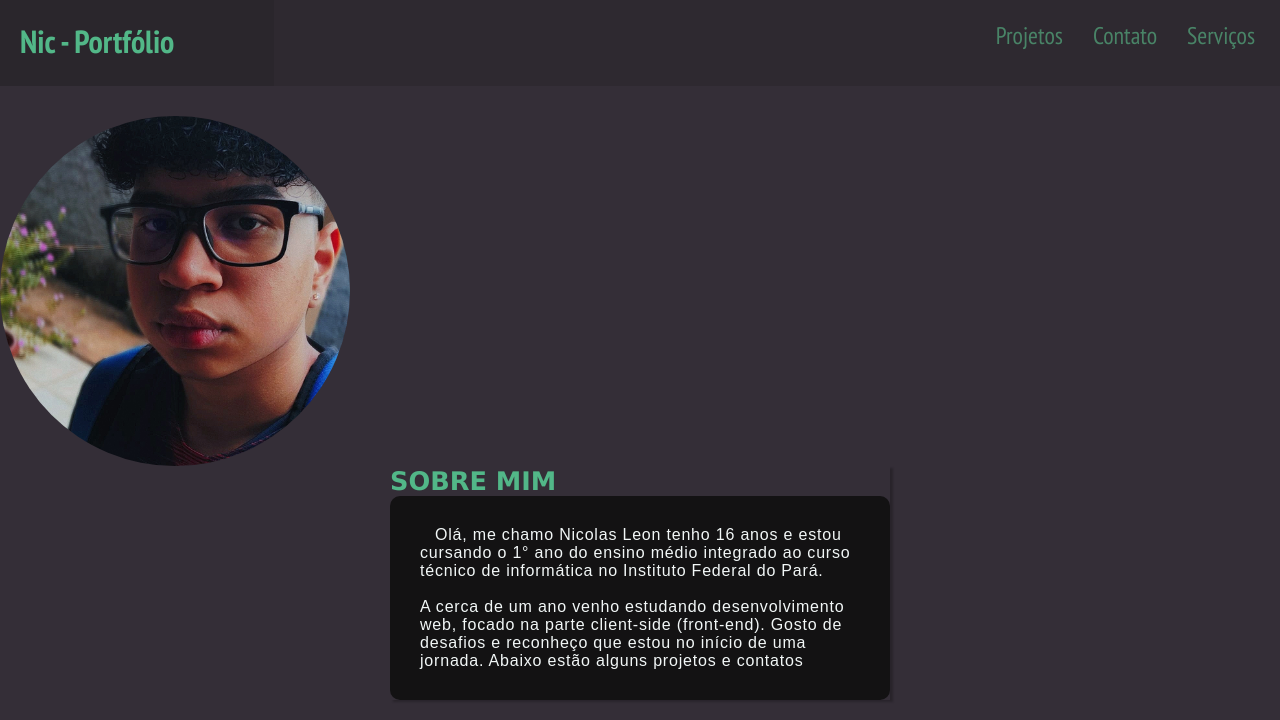
Repository: Leonngc/portfolio
Page: index.html
The author's editor kept a copy of each file at every save. The page is drawn from the files as they stood at one save, then again after a run of saves.
The browser window is 1280 px wide. The pictures show the whole page.

Above is the page before, as saved 2022-12-02 23:15:09.

After the next 2 saves:
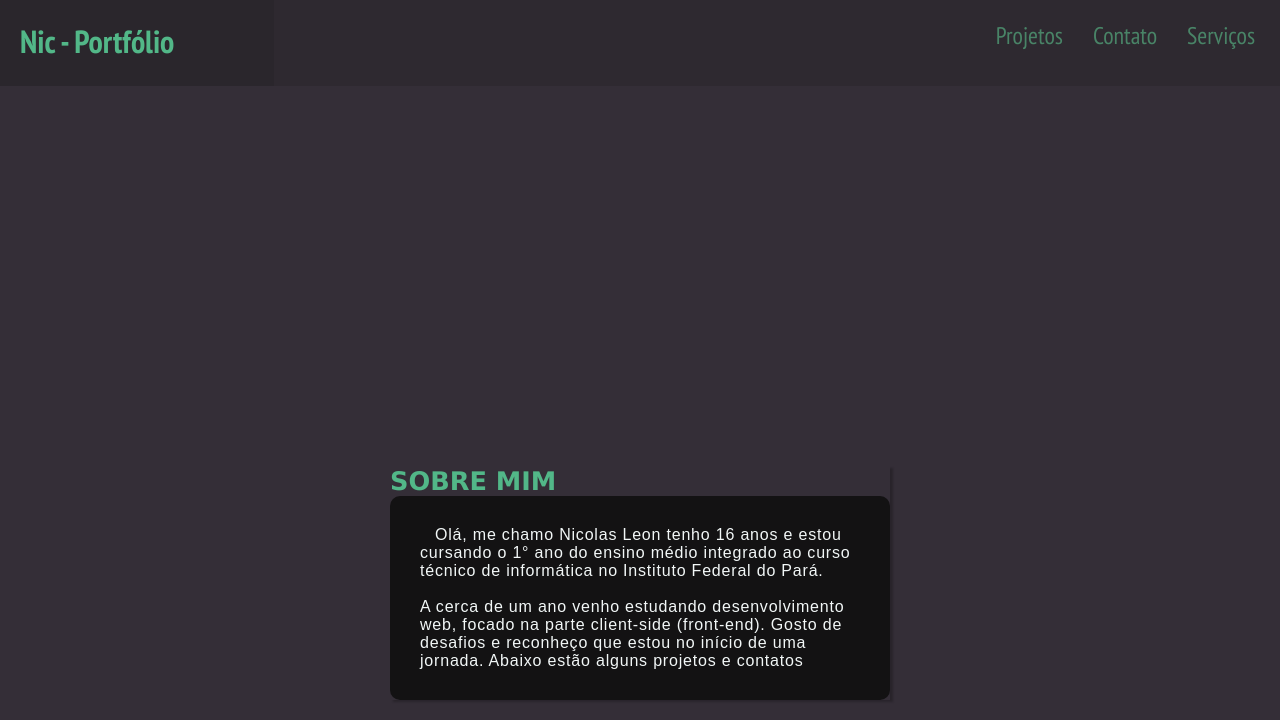
The 2 saves are shown as one change because they came seconds apart.
The last was saved 11 s later.
--- a/home.css
+++ b/home.css
@@ -68,7 +68,7 @@
     overflow: hidden;
     margin-top: 30px ;
     display: grid;
-    grid-row: 2/4;
+    grid-
     background-image: url(imgs/foto-perfil.webp);
     background-size: cover;
     background-repeat: no-repeat;

After the save that followed:
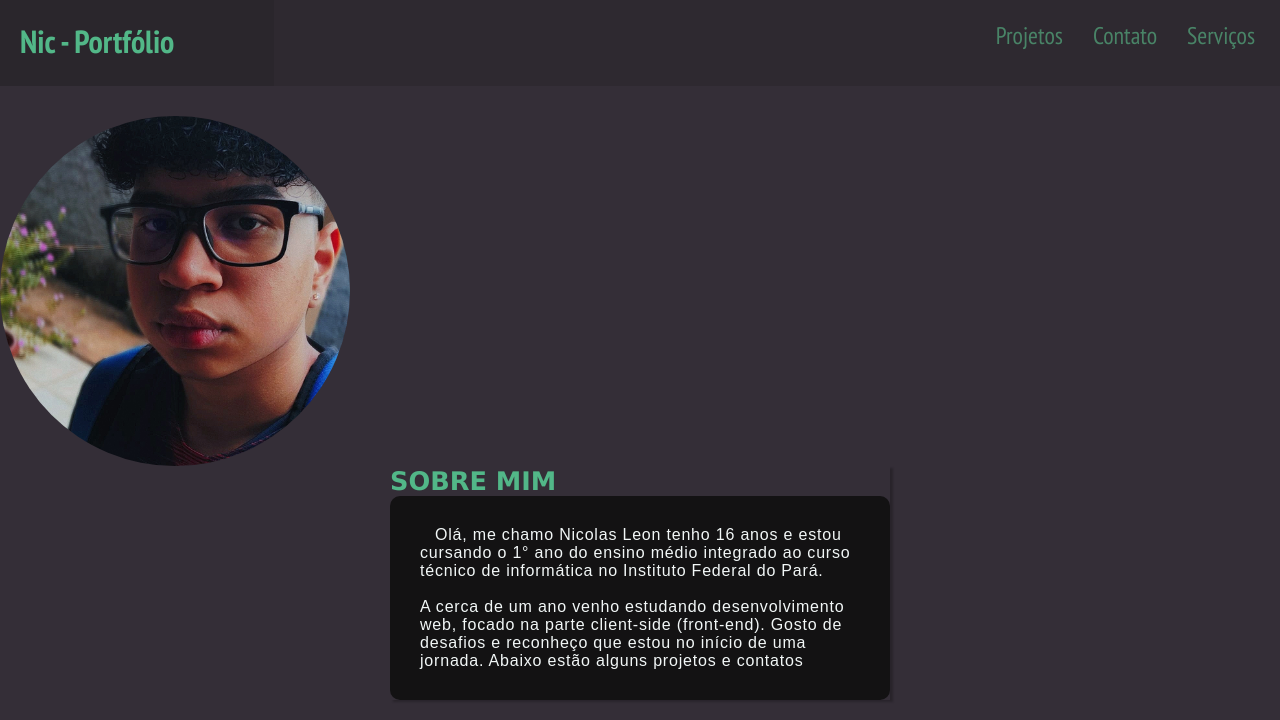
Saved 12 s later.
--- a/home.css
+++ b/home.css
@@ -68,7 +68,7 @@
     overflow: hidden;
     margin-top: 30px ;
     display: grid;
-    grid-
+    grid-template-columns: ;
     background-image: url(imgs/foto-perfil.webp);
     background-size: cover;
     background-repeat: no-repeat;
